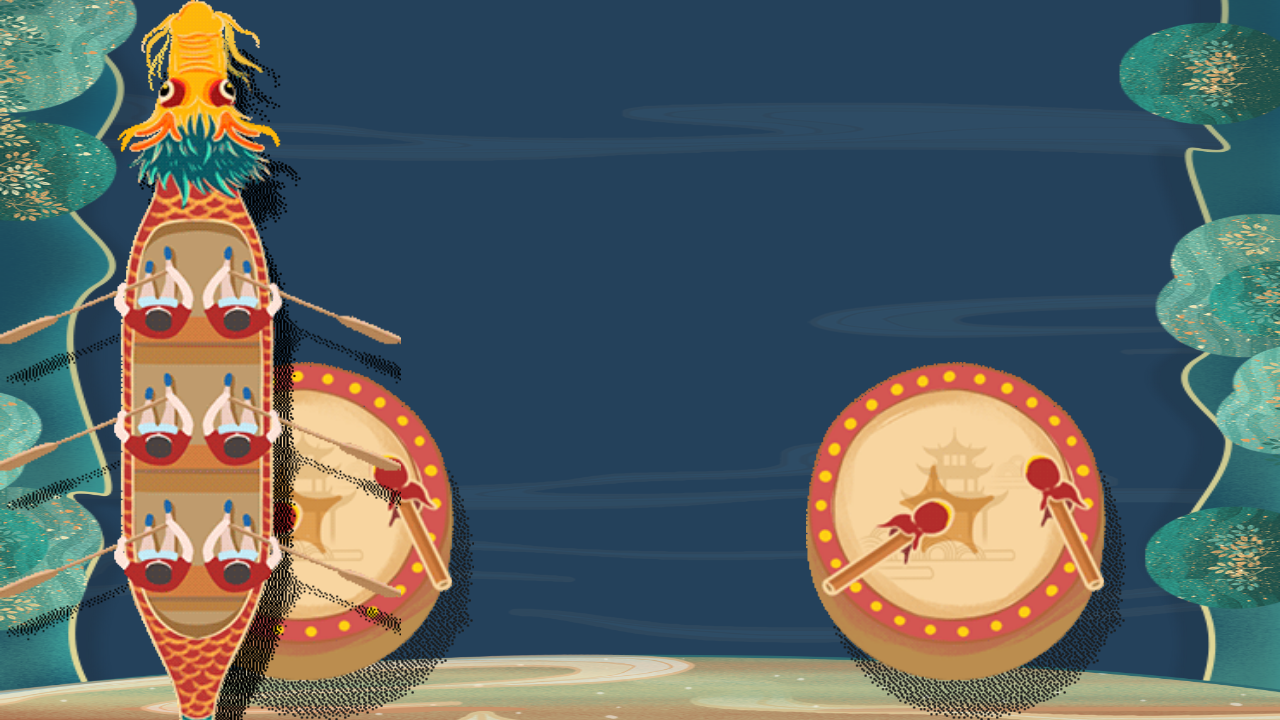
Repository: liushiwei151/hhl_dragon_boat_festival
Page: /Game
The author's editor kept a copy of each file at every save. The page is drawn from the files as they stood at one save, then again after the next save.
The browser window is 1280 px wide. The pictures show the whole page.
An inner scrolling area shows only its first screen. The project was rebuilt for these pictures with package versions that can differ from the ones it lists, and the page was loaded fresh each time. Also part of the build but not shown: vue.config.js, src/views/Home.vue.

Above is the page before, as saved 2020-06-05 17:16:57.

### src/main.ts
import Vue from "vue";
import App from "./App.vue";
import router from "./router";
import { myCustom } from "./common/custom";

Vue.config.productionTip = false;

Vue.use(myCustom);

new Vue({
  router,
  render: h => h(App)
}).$mount("#app");

### src/common/custom.ts
/**
 * longTap 长按
 */

/* eslint-disable */
let myCustom: any = {};
let timeCounter: any;

function custom(Vue: any, options: any) {
  let timeNum = 0; //定时器计数
  let isLong = false; //长按标志

  Vue.directive("longTap", {
    bind(el: any, binding: any, vNode: any) {
      let pressTime = ~~binding.arg; //长按时常 毫秒
      if (!pressTime) {
        pressTime = 500;
      } //初始化默认时长
      // 确保提供的表达式是函数
      if (typeof binding.value !== "function") {
        // 获取组件名称
        const compName = vNode.context.name;
        // 将警告传递给控制台
        let error = `[longpress:] provided expression '${binding.expression}' is not a function`;
        if (compName) {
          error += `Found in component '${compName}' `;
        }
        console.error(error);
      }
      el.addEventListener("touchstart", (event: any) => {
        isLong = false;
        timeCounter = setTimeout(() => {
          isLong = true;
          console.log();
          binding.value(el.getBoundingClientRect());
        }, pressTime);
      });
      el.addEventListener("touchend", (event: any) => {
        clearInterval(timeCounter);
      });
    }
  });
}
myCustom = {
  install: custom
};
// myCustom.install = custom;
export { myCustom };

### src/components/tips.vue
<template>
  <div class="tips" v-show="val !== false">
    <span class="text" v-show="val !== 'wait'">{{ val }}</span>
    <div class="wait" v-show="val === 'wait'"></div>
  </div>
</template>

<script lang="ts">
import { Component, Vue, Prop } from "vue-property-decorator";
@Component({})
export default class Tips extends Vue {
  @Prop() val!: string | boolean;

  mounted(): void {
    // console.log(this.val === false);
  }
}
</script>

<style lang="less" scoped>
.tips {
  position: fixed;
  width: 100%;
  height: 100%;
  z-index: 9999;
  left: 0;
  top: 0;
  display: flex;
  justify-content: center;
  align-items: center;
  .wait {
    background: url(../assets/loading-2.gif) no-repeat;
    width: 10vw;
    height: 10vw;
    background-size: 100% 100%;
  }
  .text {
    background-color: rgba(0, 0, 0, 0.6);
    border-radius: 1vw;
    max-width: 90vw;
    padding: 2vw 5vw;
    color: #fff;
    word-break: break-all;
  }
}
</style>

### src/views/Game.vue
<template>
  <div class="game">
    <div class="gameBG"></div>
    <div class="fixedBG">
      <div
        class="leftDrum drum"
        @click="swichDrum(1)"
        v-longTap="leftLong"
        @touchend="handleTouchEnd"
        :style="{ backgroundImage: 'url(' + gdUrl + ')' }"
      >
        <div
          class="drum"
          :style="{ backgroundImage: 'url(' + imgUrl + ')' }"
        ></div>
      </div>
      <div
        class="leftDrum drum"
        @click="swichDrum(2)"
        v-longTap="rightLong"
        @touchend="handleTouchEnd"
        :style="{ backgroundImage: 'url(' + gdUrl + ')' }"
      >
        <div
          class="drum"
          :style="{ backgroundImage: 'url(' + imgUrl1 + ')' }"
        ></div>
      </div>
    </div>
    <div class="longzhouBox">
      <div class="longzhou"></div>
    </div>
  </div>
</template>

<script lang="ts">
import { Component, Vue, Inject } from "vue-property-decorator";
@Component({})
export default class Game extends Vue {
  @Inject()
  private isTip!: Function;

  imgName = "gu1";
  imgName1 = "gu1";
  gdName = "gu1";
  setInterObejct: any;
  setInterObejct1: any;

  get imgUrl(): string {
    const a = require("../assets/" + this.imgName + ".png");
    return a;
  }
  get imgUrl1(): string {
    const a = require("../assets/" + this.imgName1 + ".png");
    return a;
  }
  get gdUrl(): string {
    const a = require("../assets/" + this.gdName + ".png");
    return a;
  }

  swichDrum(e: number) {
    if (e === 1) {
      if (this.imgName === "gu1") {
        this.imgName = "gu2";
      } else {
        this.imgName = "gu1";
      }
    } else if (e === 2) {
      if (this.imgName1 === "gu1") {
        this.imgName1 = "gu2";
      } else {
        this.imgName1 = "gu1";
      }
    }
  }

  leftLong() {
    const self = this;
    this.setInterObejct = setInterval(() => {
      if (this.imgName === "gu1") {
        this.imgName = "gu2";
      } else {
        this.imgName = "gu1";
      }
    }, 200);
  }
  handleTouchEnd() {
    if (this.setInterObejct) {
      clearInterval(this.setInterObejct);
    }
    if (this.setInterObejct1) {
      clearInterval(this.setInterObejct1);
    }
  }
  rightLong() {
    const self = this;
    this.setInterObejct = setInterval(() => {
      if (this.imgName1 === "gu1") {
        this.imgName1 = "gu2";
      } else {
        this.imgName1 = "gu1";
      }
    }, 200);
  }
}
</script>

<style lang="less" scoped>
@bg100: {
  position: fixed;
  top: 0;
  left: 0;
  background-size: 100% 100%;
  width: 100%;
  height: 100%;
};
@keyframes scrollBG {
  0% {
    transform: translateY(0);
  }
  100% {
    transform: translateY(-50%);
  }
}
@keyframes play {
  from {
    background-position: 0 0;
  }
  to {
    background-position: -94vw 0;
  }
}
.game {
  width: 100%;
  height: 100%;
  .longzhouBox {
    background: url(../assets/longBg.png) no-repeat;
    background-size: 100% 100%;
    width: 31.333vw;
    height: 68.133vw;
    position: relative;
    .longzhou {
      background: url(../assets/long.png) no-repeat;
      background-size: 300% 100%;
      width: 100%;
      height: 100%;
      background-position: 0 0;
      animation: play 0.5s steps(3) infinite;
      position: absolute;
    }
  }
  .fixedBG {
    background: url(../assets/gameBG2.png) no-repeat;
    @bg100();
    display: flex;
    justify-content: space-between;
    align-items: flex-end;
    box-sizing: border-box;
    padding: 0 12vw;
    .drum {
      width: 25vw;
      height: 28vw;
      background-size: 100% 100%;
    }
    .leftDrum {
    }
    .rightDrum {
    }
  }
  .gameBG {
    background: url(../assets/gameBG.png);
    position: fixed;
    top: 0;
    left: 0;
    background-size: 100% 50%;
    width: 100%;
    height: 200%;
    z-index: -1;
    animation: scrollBG 4s linear infinite;
  }
}
</style>

Loaded but not shown: public/index.html (common file); src/App.vue (common file); src/router/index.ts (common file)

After the next save:
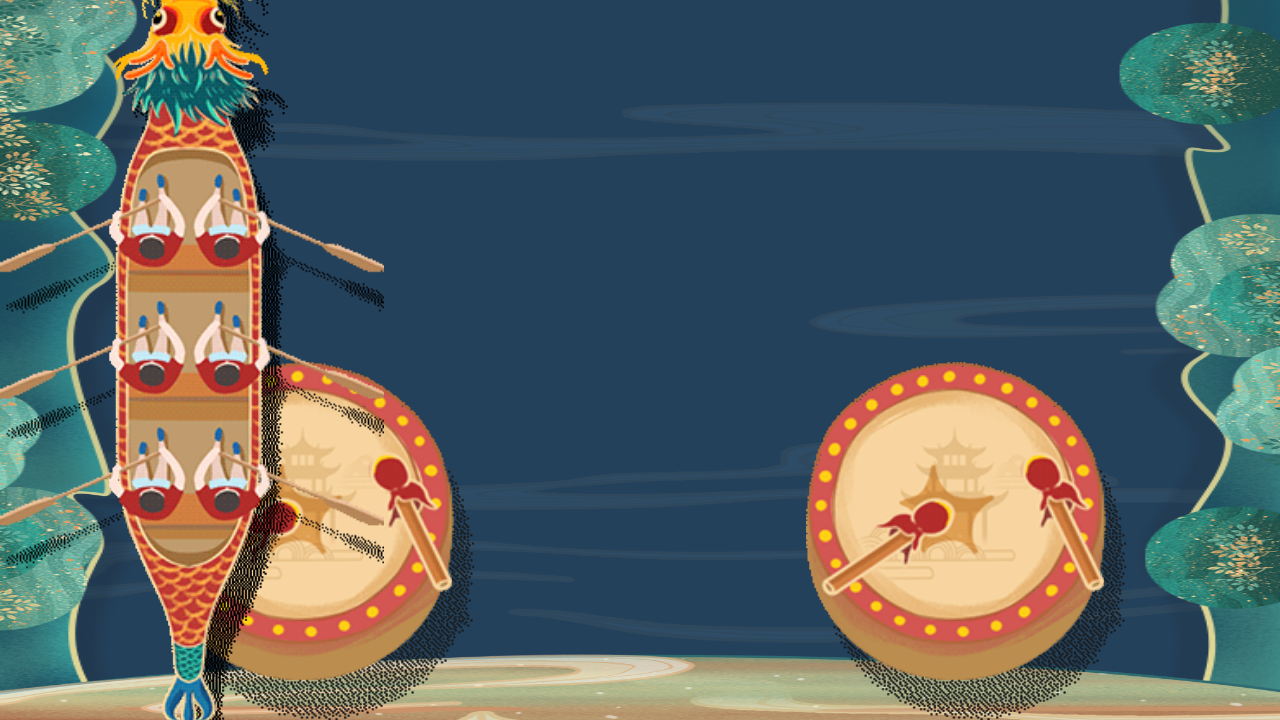
Saved 19 s later.
--- a/src/views/Game.vue
+++ b/src/views/Game.vue
@@ -140,6 +140,8 @@ export default class Game extends Vue {
     width: 31.333vw;
     height: 68.133vw;
     position: relative;
+    bottom: 10vh;
+    width: 30vw;
     .longzhou {
       background: url(../assets/long.png) no-repeat;
       background-size: 300% 100%;
